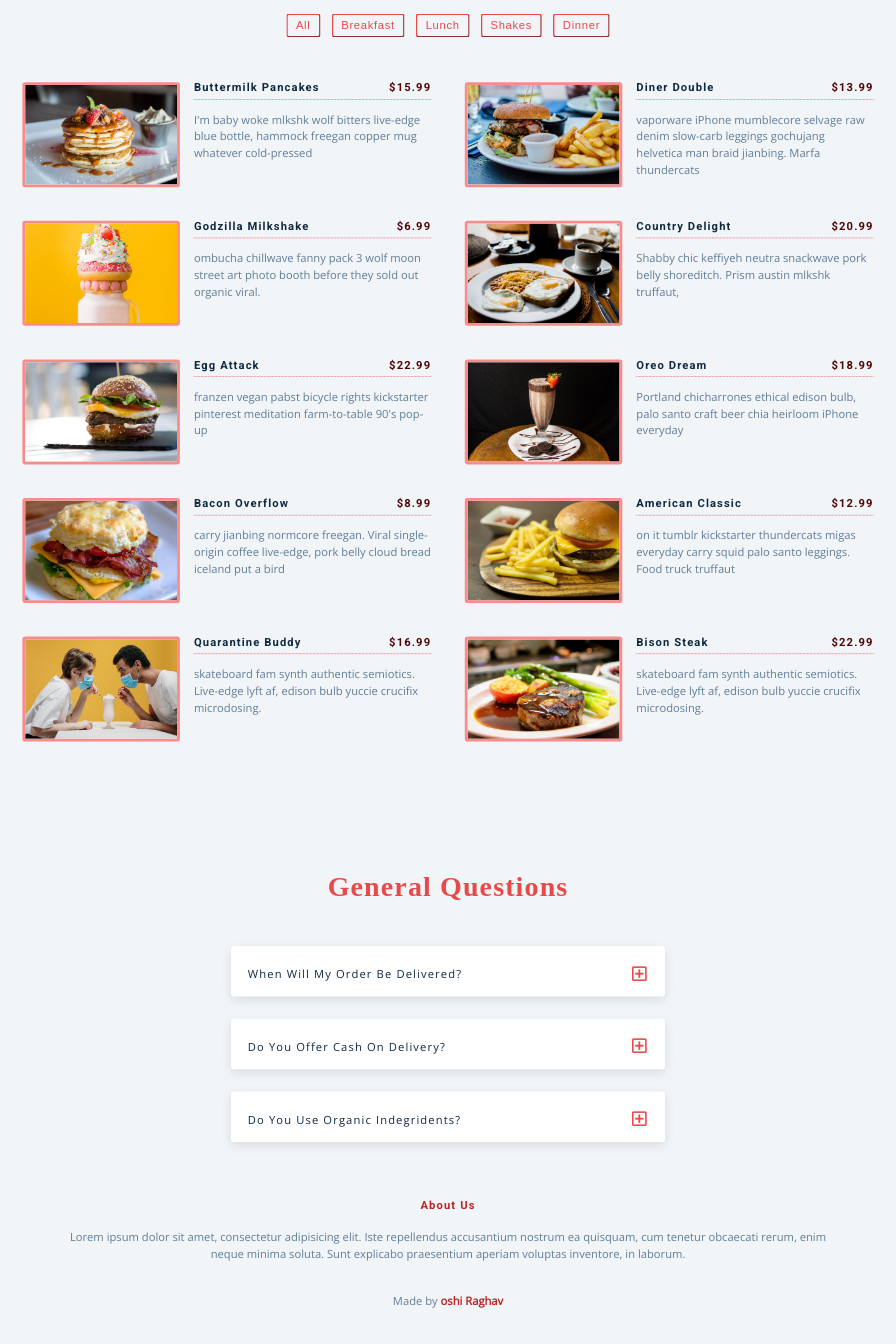
Repository: xoshiraghavx/Food-you
Page: index.html
The author's editor kept a copy of each file at every save. The page is drawn from the files as they stood at one save, then again after the next save.
The browser window is 1280 px wide. The pictures show the part of the page from y = 1009 to 2929 px (the page is 2929 px tall before and 2905 px after), at 70% of full size.
Some web libraries are served in a nearby version.

Above is the page before, as saved 2022-12-03 08:42:11.

### index.html
<!DOCTYPE html>
<html lang="en">
  <head>
    <meta charset="UTF-8" />
    <meta name="viewport" content="width=device-width, initial-scale=1.0" />
    <title>interior design</title>
    <!-- font-awesome -->
    <link
      rel="stylesheet"
      href="https://cdnjs.cloudflare.com/ajax/libs/font-awesome/5.14.0/css/all.min.css"
    />

    <!-- styles -->
    <link rel="stylesheet" href="styles.css" />
  </head>
  <body>
<nav>
  <div class="nav-center">
    <div class="nav-header">
      <div class="logo-div">
      <img src="./img/logo.png" alt="logo" class="logo">
      <div class="logo-name">
      <p><span id="color"><b>FOOD </b><br><i>& you</i></span></p>
    </div>
    </div>
      <button class="nav-toggle">
        <i class="fas fa-bars"></i>
      </button>
    </div>
    <!-- links -->
    <ul class="links">

      <li>
        <a href="index.html">home</a>
      </li>
      <li>
        <a href="about.html">about</a>
      </li>
      <li>
        <a href="contact.html">contact</a>
      </li>
    </ul>
    <!-- social media -->
    <ul class="social-icons">
      <li>
        <a href="https://www.facebook.com">
          <i class="fab fa-facebook"></i>
        </a>
      </li>
      <li>
        <a href="https://www.twitter.com">
          <i class="fab fa-twitter"></i>
        </a>
      </li>
      <li>
        <a href="https://www.twitter.com">
          <i class="fab fa-behance"></i>
        </a>
      </li>
      <li>
        <a href="https://www.linkedin.com">
          <i class="fab fa-linkedin"></i>
        </a>
      </li>
      <li>
        <a href="https://www.twitter.com">
          <i class="fab fa-sketch"></i>
        </a>
      </li>
    </ul>
  </div>
</nav>
<header class="hero">
  <div class="banner">
    <h2>Looking for some food!</h2>
    <button class="btn modal-btn">Order Now</button>
  </div>
</header>
<div class="modal-overlay">
  <div class="modal-container">
    <br>
    <h3>Title</h3>
    <p>Lorem ipsum dolor sit amet consectetur adipisicing elit. Illo deleniti eum mollitia distinctio! Nesciunt dolor minima animi esse officia! Recusandae? Lorem ipsum dolor sit amet consectetur, adipisicing elit. Aspernatur, hic.</p>
    <button class="close-btn">
      <i class="fas fa-times"> </i>
    </button>
  </div>
</div>
<section class="menu">
  <div class="title">
    <h2>Our Menu</h2>
    <div class="underline"></div>
  </div>
  <div class="btn-container">
    <!-- <button class="filter-btn" type="button" data-id="all">all</button>
    <button class="filter-btn" type="button"data-id="breakfast">breakfast</button>
    <button class="filter-btn" type="button" data-id="lunch">lunch</button>
    <button class="filter-btn" type="button" data-id="shakes">shakes</button> -->
  </div>
    <div class="section-center">
      <!-- <article class="menu-item">
        <img src="./menu-item.jpeg" class="photo" alt="menu item">
        <div class="item-info">
          <header>
            <h4>buttermilk pancakes</h4>
            <h4 class="price">Rs 600/-</h4>
          </header>
          <p class="item-text">Lorem ipsum, dolor sit amet consectetur adipisicing elit. Dolore totam aliquid ut eius architecto magni cumque explicabo voluptate, repudiandae harum.</p>
        </div>
      </article> -->
    </div>
</section>
<section class="questions">
  <div class="title">
    <h2>general questions</h2>
  </div>
  <div class="question-center">
    <article class="question">
      <div class="question-title">
      <p>When will my order be delivered?</p>
      <button type="button" class="question-btn">
        <span class="plus-icon">
      <i class="far fa-plus-square"></i>
        </span>

        <span class="minus-icon">
      <i class="far fa-minus-square"></i>
        </span>

      </button>
    </div>
    <div class="question-text">
      <p>Estimated delivery are given against each products. While sincere efforts are being made to deliver the products within the given time frame factors like, availability, festive seasons, courier delays are bound to happen. These factors are constantly monitored to keep any inordinate delays under control.</p>
    </div>
    </article>
    <article class="question">
      <div class="question-title">
      <p>Do you offer Cash on Delivery?</p>
      <button type="button" class="question-btn">
        <span class="plus-icon">
      <i class="far fa-plus-square"></i>
        </span>

        <span class="minus-icon">
      <i class="far fa-minus-square"></i>
        </span>

      </button>
    </div>
    <div class="question-text">
      <p>Yes. We offer Cash on Delivery which most of the other websites don't offer.</p>
    </div>
    </article>
    <article class="question">
      <div class="question-title">
      <p>do you use organic indegridents?</p>
      <button type="button" class="question-btn">
        <span class="plus-icon">
      <i class="far fa-plus-square"></i>
        </span>

        <span class="minus-icon">
      <i class="far fa-minus-square"></i>
        </span>

      </button>
    </div>
    <div class="question-text">
      <p>We deliver the products that are fresh and systems are kept in place to source the best products and safely consign them to you. We don't stock the products but place once we receive orders.</p>
    </div>
    </article>
  </div>
</section>
<!-- --------footer--------- -->
<section class="footer">
  <h4 id="color">About Us</h4>
  <p>Lorem ipsum dolor sit amet, consectetur adipisicing elit. Iste repellendus accusantium nostrum ea quisquam, cum tenetur obcaecati rerum, enim <br> neque minima soluta. Sunt explicabo praesentium aperiam voluptas inventore, in laborum.</p>
  <div class="icons">
      <i class="fas fa-facebook" aria-hidden="true"></i>
      <i class="fas fa-twitter" aria-hidden="true"></i>
      <i class="fa fa-instagram" aria-hidden="true"></i>
      <i class="fa fa-youtube" aria-hidden="true"></i>
  </div>
  <p>Made by <b id="color">oshi Raghav</b></p>
</section>
<!-- javascript -->
    <script src="app.js"></script>
  </body>
</html>

### styles.css
/*
===============
Fonts
===============
*/
@import url('https://fonts.googleapis.com/css?family=Open+Sans|Roboto:400,700&display=swap');

/*
===============
Variables
===============
*/

:root {
  /* dark shades of primary color*/
  --clr-primary-1: hsl(0, 86%, 17%);
  --clr-primary-2: hsl(0, 77%, 27%);
  --clr-primary-3: hsl(0, 72%, 37%);
  --clr-primary-4: hsl(0, 63%, 48%);
  /* primary/main color */
  --clr-primary-5: hsl(0, 78%, 60%);
  /* lighter shades of primary color */
  --clr-primary-6: hsl(0, 90%, 70%);
  --clr-primary-7: hsl(0, 90%, 76%);
  --clr-primary-8: hsl(0, 86%, 81%);
  --clr-primary-9: hsl(0, 90%, 88%);
  --clr-primary-10: hsl(0, 100%, 96%);
  /* darkest grey - used for headings */
  --clr-grey-1: hsl(209, 61%, 16%);
  --clr-grey-2: hsl(211, 39%, 23%);
  --clr-grey-3: hsl(209, 34%, 30%);
  --clr-grey-4: hsl(209, 28%, 39%);
  /* grey used for paragraphs */
  --clr-grey-5: hsl(210, 22%, 49%);
  --clr-grey-6: hsl(209, 23%, 60%);
  --clr-grey-7: hsl(211, 27%, 70%);
  --clr-grey-8: hsl(210, 31%, 80%);
  --clr-grey-9: hsl(212, 33%, 89%);
  --clr-grey-10: hsl(210, 36%, 96%);
  --clr-white: #fff;
  --clr-red-dark: hsl(360, 67%, 44%);
  --clr-red-light: hsl(360, 71%, 66%);
  --clr-green-dark: hsl(125, 67%, 44%);
  --clr-green-light: hsl(125, 71%, 66%);
  --clr-black: #222;
  --ff-primary: 'Roboto', sans-serif;
  --ff-secondary: 'Open Sans', sans-serif;
  --transition: all 0.3s linear;
  --spacing: 0.1rem;
  --radius: 0.25rem;
  --light-shadow: 0 5px 15px rgba(0, 0, 0, 0.1);
  --dark-shadow: 0 5px 15px rgba(0, 0, 0, 0.2);
  --max-width: 1170px;
  --fixed-width: 620px;
}
/*
===============
Global Styles
===============
*/

*,
::after,
::before {
  margin: 0;
  padding: 0;
  box-sizing: border-box;
}
body {
  font-family: var(--ff-secondary);
  background: var(--clr-grey-10);
  color: var(--clr-grey-1);
  line-height: 1.5;
  font-size: 0.875rem;
}
ul {
  list-style-type: none;
}
a {
  text-decoration: none;
}
img:not(.logo) {
  width: 100%;
}
img {
  display: block;
}
h1,
h2,
h3,
h4 {
  letter-spacing: var(--spacing);
  text-transform: capitalize;
  line-height: 1.25;
  margin-bottom: 0.75rem;
  font-family: var(--ff-primary);
}
h1 {
  font-size: 3rem;
}
h2 {
  font-size: 2rem;
}
h3 {
  font-size: 1.25rem;
}
h4 {
  font-size: 0.875rem;
}
p {
  margin-bottom: 1.25rem;
  color: var(--clr-grey-5);
}
@media screen and (min-width: 800px) {
  h1 {
    font-size: 4rem;
  }
  h2 {
    font-size: 2.5rem;
  }
  h3 {
    font-size: 1.75rem;
  }
  h4 {
    font-size: 1rem;
  }
  body {
    font-size: 1rem;
  }
  h1,
  h2,
  h3,
  h4 {
    line-height: 1;
  }
}
/*  global classes */
.btn {
  text-transform: uppercase;
  background: transparent;
  color: var(--clr-black);
  padding: 0.375rem 0.75rem;
  letter-spacing: var(--spacing);
  display: inline-block;
  transition: var(--transition);
  font-size: 0.875rem;
  border: 2px solid var(--clr-black);
  cursor: pointer;
  box-shadow: 0 1px 3px rgba(0, 0, 0, 0.2);
  border-radius: var(--radius);
}
.btn:hover {
  color: var(--clr-white);
  background: var(--clr-black);
}
/* section */
.section {
  padding: 5rem 0;
}


@media screen and (min-width: 992px) {
  .section-center .question-center {
    width: 95vw;
  }
}
main {
  min-height: 100vh;
  display: grid;
  place-items: center;
}

/*
===============
Navbar
===============
*/
nav {
  background: var(--clr-white);
  box-shadow: var(--light-shadow);
  position: fixed;
  width: 100%;
}
.nav-header {
  display: flex;
  align-items: center;
  justify-content: space-between;
  padding: 1rem;
}
.nav-toggle {
  font-size: 1.5rem;
  color: var(--clr-primary-5);
  background: transparent;
  border-color: transparent;
  transition: var(--transition);
  cursor: pointer;
}
.nav-toggle:hover {
  color: var(--clr-primary-1);
  transform: rotate(90deg);
}
.logo-div{
  display: flex;
}
.logo {
  height: 90px;
  width: 90px;
}
.logo-name{
  margin-top: 20px;
}
#color{
  color: var(--clr-red-dark);

}
.links a {
  color: var(--clr-grey-3);
  font-size: 1rem;
  text-transform: capitalize;
  letter-spacing: var(--spacing);
  display: block;
  padding: 0.5rem 1rem;
  transition: var(--transition);
}
.links a:hover {
  background: var(--clr-primary-8);
  color: var(--clr-primary-5);
  padding-left: 1.5rem;
}
.social-icons {
  display: none;
}
.links {
  height: 0;
  overflow: hidden;
  transition: var(--transition);
}
.show-links {
  height: 10rem;
}
@media screen and (min-width: 800px) {
  .nav-center {
    max-width: 1170px;
    margin: 0 auto;
    display: flex;
    align-items: center;
    justify-content: space-between;
    padding: 1rem;
  }
  .nav-header {
    padding: 0;
  }
  .nav-toggle {
    display: none;
  }
  .links {
    height: auto;
    display: flex;
  }
  .links a {
    padding: 0;
    margin: 0 0.5rem;
  }
  .links a:hover {
    padding: 0;
    background: transparent;
  }

  .social-icons {
    display: flex;
  }
  .social-icons a {
    margin: 0 0.5rem;
    color: var(--clr-primary-4);
    transition: var(--transition);
  }
  .social-icons a:hover {
    color: var(--clr-primary-7);
  }
}
/* modal css  */
.hero {
  height: 100vh;
  background: linear-gradient(rgba(4, 9, 30, 0.421),rgba(4, 9, 30, 0.421)),url("https://discovertemplate.com/wp-content/uploads/2020/11/DT_G62_Food-drink-Animated-GIF-Icon-Pack.gif") center/cover no-repeat;
  display: grid;
  place-items: center;
}
.banner {
  background: var(--clr-white);
  padding: 4rem 0;
  border-radius: var(--radius);
  box-shadow: var(--light-shadow);
  text-align: center;
  width: 90vw;
  max-width: var(--fixed-width);
}
.modal-btn {
  margin-top: 2rem;
  background: var(--clr-primary-5);
  border-color: var(--clr-primary-5);
  color: var(--clr-white);
}
.modal-btn:hover {
  background: transparent;
  color: var(--clr-primary-5);
}
.modal-overlay {
  position: fixed;
  top: 0;
  left: 0;
  width: 100%;
  height: 100%;
  background: hsla(209, 61%, 16%, 0.77);
  display: grid;
  place-items: center;
  transition: var(--transition);
  visibility: hidden;
  z-index: -10;
}
/* OPEN/CLOSE MODAL */
.open-modal {
  visibility: visible;
  z-index: 10;
}
.modal-container {
  background: var(--clr-white);
  border-radius: var(--radius);
  width: 90vw;
  height: 30vh;
  max-width: var(--fixed-width);
  text-align: center;
  display: grid;
  place-items: center;
  position: relative;
}
.close-btn {
  position: absolute;
  top: 1rem;
  right: 1rem;
  font-size: 2rem;
  background: transparent;
  border-color: transparent;
  color: var(--clr-red-dark);
  cursor: pointer;
  transition: var(--transition);
}
.close-btn:hover {
  color: var(--clr-red-light);
  transform: scale(1.3);
}
/* menu css */

.menu {
  padding: 5rem 0;
}
.title {
  text-align: center;
  margin-bottom: 2rem;
}
.underline {
  width: 5rem;
  height: 0.25rem;
  background: var(--clr-primary-8);
  margin-left: auto;
  margin-right: auto;
}
.btn-container {
  margin-bottom: 4rem;
  display: flex;
  justify-content: center;
}
.filter-btn {
  background: transparent;
  border-color: var(--clr-primary-5);
  font-size: 1rem;
  text-transform: capitalize;
  margin: 0 0.5rem;
  letter-spacing: 1px;
  border-radius: var(--radius);
  padding: 0.375rem 0.75rem;
  color: var(--clr-primary-5);
  cursor: pointer;
  transition: var(--transition);
}
.filter-btn:hover {
  background: var(--clr-primary-5);
  color: var(--clr-white);
}
.section-center .question-center{
  width: 90vw;
  max-width: 1170px;
}
.section-center{
  display: grid;
  margin: 0 auto;
  gap: 3rem 3rem;
  justify-items: center;
}
.menu-item {
  display: grid;
  gap: 1rem 2rem;
  max-width: 25rem;
}
.photo {
  object-fit: cover;
  height: 200px;
  border: 0.25rem solid var(--clr-primary-7);
  border-radius: var(--radius);
}
.item-info header {
  display: flex;
  justify-content: space-between;
  border-bottom: 0.5px dotted var(--clr-primary-5);
}
.item-info h4 {
  margin-bottom: 0.5rem;
}
.price {
  color: var(--clr-primary-1);
}
.item-text {
  margin-bottom: 0;
  padding-top: 1rem;
}

@media screen and (min-width: 768px) {
  .menu-item {
    grid-template-columns: 225px 1fr;
    gap: 0 1.25rem;
    max-width: 40rem;
  }
  .photo {
    height: 175px;
  }
}
@media screen and (min-width: 1200px) {
  .section-center {
    width: 95vw;
    grid-template-columns: 1fr 1fr;
  }
  .photo {
    height: 150px;
  }
}

/*
===============
Questions
===============
*/
.title {
  margin-top: 15vh;
  margin-bottom: 4rem;
}
.title h2 {
  color: var(--clr-primary-5);
  font-family: "Great Vibes", cursive;
  text-align: center;
}
.question-center {
  max-width: var(--fixed-width);
  margin: 0 auto;
}
.question {
  background: var(--clr-white);
  border-radius: var(--radius);
  box-shadow: var(--light-shadow);
  padding: 1.5rem 1.5rem 0 1.5rem;
  margin-bottom: 2rem;
}
.question-title {
  display: flex;
  justify-content: space-between;
  align-items: center;
  text-transform: capitalize;
  padding-bottom: 1rem;
}
.question-title p {
  margin-bottom: 0;
  letter-spacing: var(--spacing);
  color: var(--clr-grey-1);
}
.question-btn {
  font-size: 1.5rem;
  background: transparent;
  border-color: transparent;
  cursor: pointer;
  color: var(--clr-primary-5);
  transition: var(--transition);
}
.question-btn:hover {
  transform: rotate(90deg);
}
.question-text {
  padding: 1rem 0 1.5rem 0;
  border-top: 1px solid rgba(0, 0, 0, 0.2);
}
.question-text p {
  margin-bottom: 0;
}
/* hide text */
.question-text {
  display: none;
}
.show-text .question-text {
  display: block;
}
.minus-icon {
  display: none;
}
.show-text .minus-icon {
  display: inline;
}
.show-text .plus-icon {
  display: none;
}
/* ---------footer----------- */
.footer{
  width: 100%;
  text-align: center;
  padding: 30px 0;
}
.footer h4{
  margin-bottom: 25px;
  margin-top: 20px;
  font-weight: 600;
}
/* .icons .fa{
  color: #f44336;
  margin: 0 13px;
  cursor: pointer;
  padding: 18px 0;
}
.fa-heart-o{
  color: #f44336;
} */

### app.js
// // classList - shows/gets all classes
// // contains - checks classList for specific class
// // add - add class
// // remove - remove class
// // toggle - toggles class

const navToggle = document.querySelector(".nav-toggle");
const links = document.querySelector(".links");

navToggle.addEventListener('click', () =>{
    links.classList.toggle("show-links")
})


// // modal js

const modalBtn = document.querySelector(".modal-btn");
const modal      = document.querySelector(".modal-overlay");
const closeBtn = document.querySelector(".close-btn");

modalBtn.addEventListener('click',() =>{
    modal.classList.add('open-modal');
})
closeBtn.addEventListener('click',() =>{
    modal.classList.remove('open-modal');
})
//menu
const menu = [
    {
      id: 1,
      title: "buttermilk pancakes",
      category: "breakfast",
      price: 15.99,
      img: "./img/item-1.jpeg",
      desc: `I'm baby woke mlkshk wolf bitters live-edge blue bottle, hammock freegan copper mug whatever cold-pressed `,
    },
    {
      id: 2,
      title: "diner double",
      category: "lunch",
      price: 13.99,
      img: "./img/item-2.jpeg",
      desc: `vaporware iPhone mumblecore selvage raw denim slow-carb leggings gochujang helvetica man braid jianbing. Marfa thundercats `,
    },
    {
      id: 3,
      title: "godzilla milkshake",
      category: "shakes",
      price: 6.99,
      img: "./img/item-3.jpeg",
      desc: `ombucha chillwave fanny pack 3 wolf moon street art photo booth before they sold out organic viral.`,
    },
    {
      id: 4,
      title: "country delight",
      category: "breakfast",
      price: 20.99,
      img: "./img/item-4.jpeg",
      desc: `Shabby chic keffiyeh neutra snackwave pork belly shoreditch. Prism austin mlkshk truffaut, `,
    },
    {
      id: 5,
      title: "egg attack",
      category: "lunch",
      price: 22.99,
      img: "./img/item-5.jpeg",
      desc: `franzen vegan pabst bicycle rights kickstarter pinterest meditation farm-to-table 90's pop-up `,
    },
    {
      id: 6,
      title: "oreo dream",
      category: "shakes",
      price: 18.99,
      img: "./img/item-6.jpeg",
      desc: `Portland chicharrones ethical edison bulb, palo santo craft beer chia heirloom iPhone everyday`,
    },
    {
      id: 7,
      title: "bacon overflow",
      category: "breakfast",
      price: 8.99,
      img: "./img/item-7.jpeg",
      desc: `carry jianbing normcore freegan. Viral single-origin coffee live-edge, pork belly cloud bread iceland put a bird `,
    },
    {
      id: 8,
      title: "american classic",
      category: "lunch",
      price: 12.99,
      img: "./img/item-8.jpeg",
      desc: `on it tumblr kickstarter thundercats migas everyday carry squid palo santo leggings. Food truck truffaut  `,
    },
    {
      id: 9,
      title: "quarantine buddy",
      category: "shakes",
      price: 16.99,
      img: "./img/item-9.jpeg",
      desc: `skateboard fam synth authentic semiotics. Live-edge lyft af, edison bulb yuccie crucifix microdosing.`,
    },
    {
      id: 10,
      title: "bison steak",
      category: "dinner",
      price: 22.99,
      img: "./img/item-10.jpeg",
      desc: `skateboard fam synth authentic semiotics. Live-edge lyft af, edison bulb yuccie crucifix microdosing.`,
    },
  ];
  // get parent element
  const sectionCenter = document.querySelector(".section-center");
  const btnContainer = document.querySelector(".btn-container");
  // display all items when page loads
  window.addEventListener("DOMContentLoaded", function () {
    diplayMenuItems(menu);
    displayMenuButtons();
  });

  function diplayMenuItems(menuItems) {
    let displayMenu = menuItems.map(function (item) {
      // console.log(item);

      return `<article class="menu-item">
            <img src=${item.img} alt=${item.title} class="photo" />
            <div class="item-info">
              <header>
                <h4>${item.title}</h4>
                <h4 class="price">$${item.price}</h4>
              </header>
              <p class="item-text">
                ${item.desc}
              </p>
            </div>
          </article>`;
    });
    displayMenu = displayMenu.join("");
    // console.log(displayMenu);

    sectionCenter.innerHTML = displayMenu;
  }
  function displayMenuButtons() {
    const categories = menu.reduce(
      function (values, item) {
        if (!values.includes(item.category)) {
          values.push(item.category);
        }
        return values;
      },
      ["all"]
    );
    const categoryBtns = categories
      .map(function (category) {
        return `<button type="button" class="filter-btn" data-id=${category}>
            ${category}
          </button>`;
      })
      .join("");

    btnContainer.innerHTML = categoryBtns;
    const filterBtns = btnContainer.querySelectorAll(".filter-btn");
    // console.log(filterBtns);

    filterBtns.forEach(function (btn) {
      btn.addEventListener("click", function (e) {
        // console.log(e.currentTarget.dataset);
        const category = e.currentTarget.dataset.id;
        const menuCategory = menu.filter(function (menuItem) {
          // console.log(menuItem.category);
          if (menuItem.category === category) {
            return menuItem;
          }
        });
        if (category === "all") {
          diplayMenuItems(menu);
        } else {
          diplayMenuItems(menuCategory);
        }
      });
    });
  }




// //questions css

const btns = document.querySelectorAll(".question-btn");

btns.forEach(function (btn) {
    btn.addEventListener('click', function (e) {
        const question =( e.currentTarget.parentElement.parentElement);
        question.classList.toggle("show-text");
    });
});

After the next save:
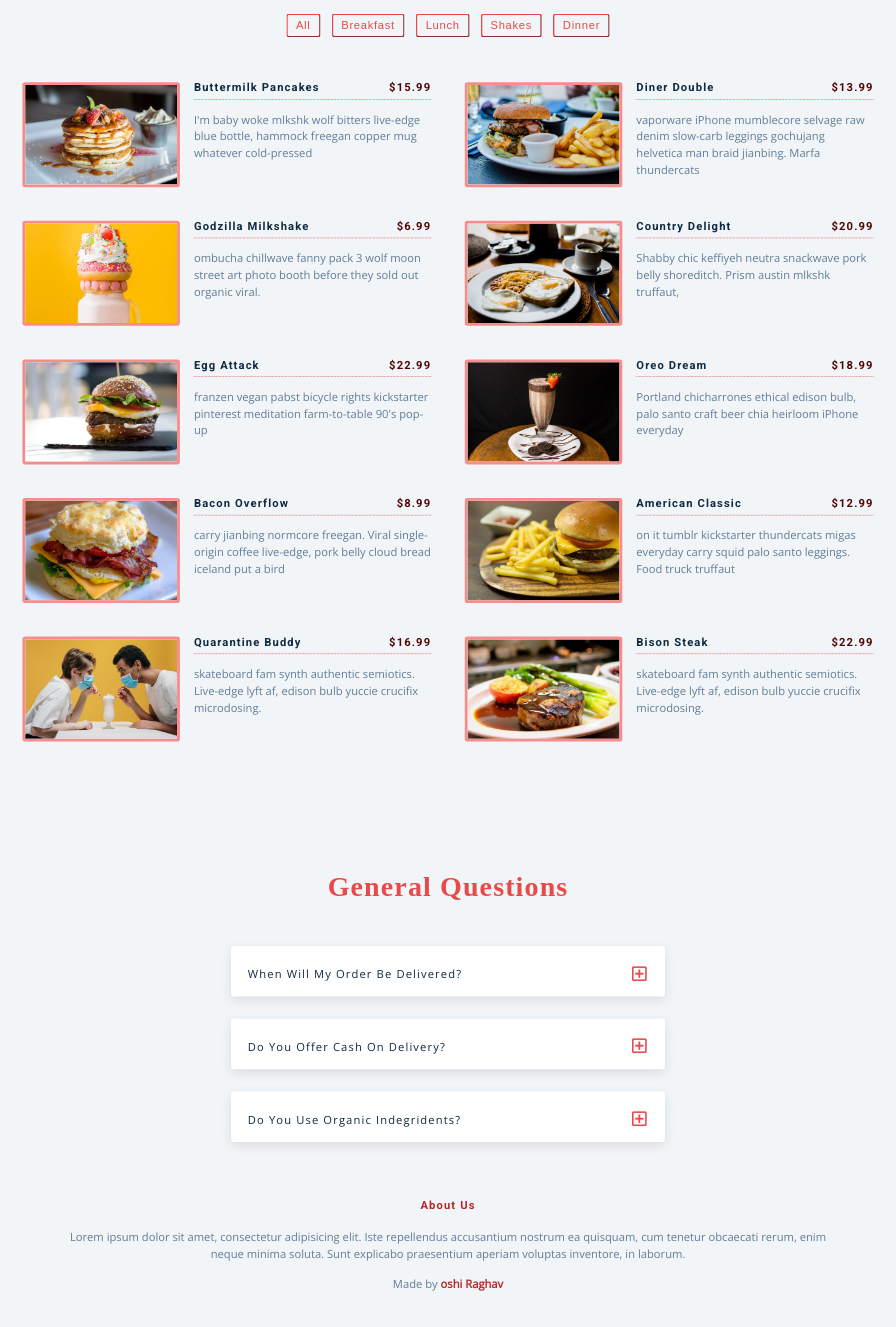
Saved 22 s later.
--- a/index.html
+++ b/index.html
@@ -175,12 +175,12 @@
 <section class="footer">
   <h4 id="color">About Us</h4>
   <p>Lorem ipsum dolor sit amet, consectetur adipisicing elit. Iste repellendus accusantium nostrum ea quisquam, cum tenetur obcaecati rerum, enim <br> neque minima soluta. Sunt explicabo praesentium aperiam voluptas inventore, in laborum.</p>
-  <div class="icons">
+  <!-- <div class="icons">
       <i class="fas fa-facebook" aria-hidden="true"></i>
       <i class="fas fa-twitter" aria-hidden="true"></i>
       <i class="fa fa-instagram" aria-hidden="true"></i>
       <i class="fa fa-youtube" aria-hidden="true"></i>
-  </div>
+  </div> -->
   <p>Made by <b id="color">oshi Raghav</b></p>
 </section>
 <!-- javascript -->
